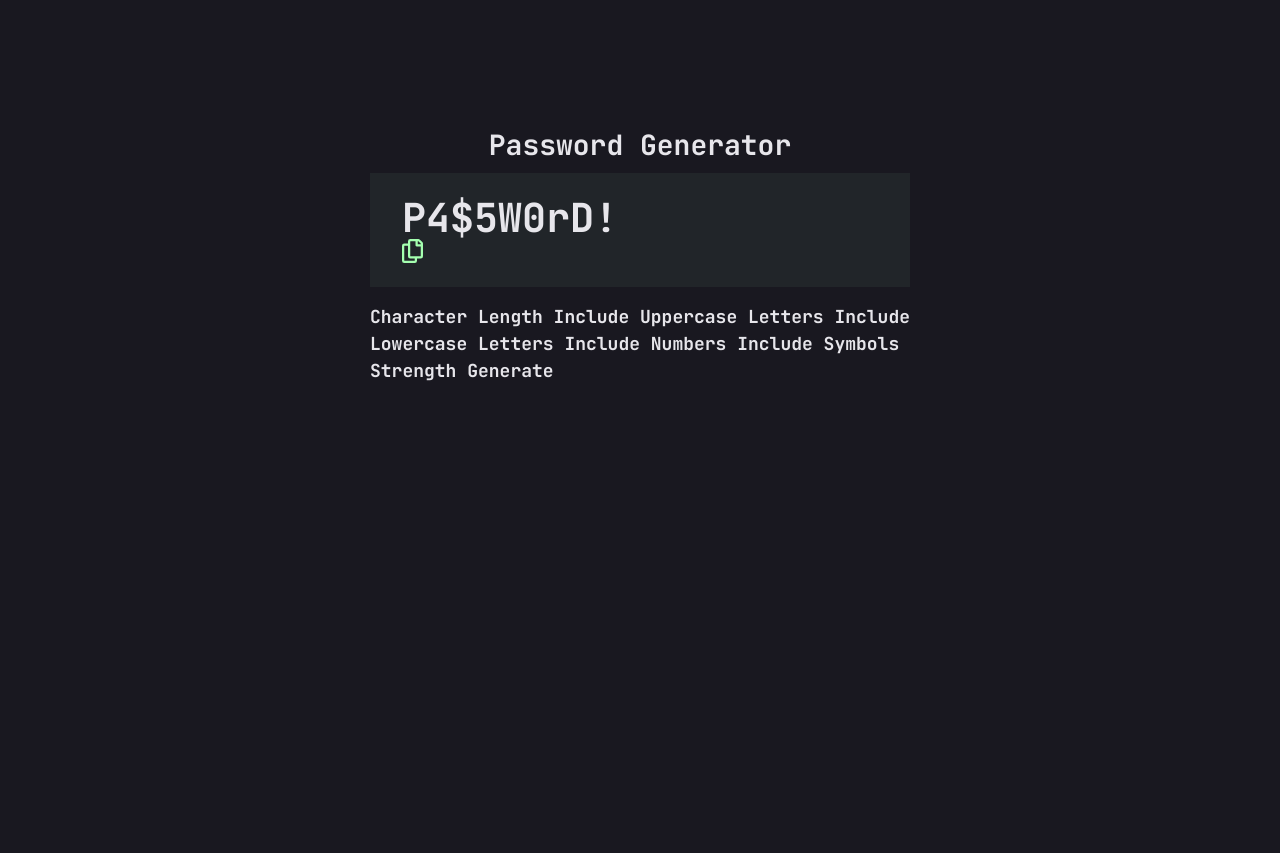
Repository: blordeus/password-generator-app
Page: starter-code/index.html
The author's editor kept a copy of each file at every save. The page is drawn from the files as they stood at one save, then again after the next save.
The browser window is 1280 px wide. The pictures show the whole page.

Above is the page before, as saved 2023-10-05 20:01:51.

### starter-code/index.html
<!DOCTYPE html>
<html lang="en">
<head>
  <meta charset="UTF-8">
  <meta name="viewport" content="width=device-width, initial-scale=1.0">
  <link href="https://cdn.jsdelivr.net/npm/bootstrap@5.3.2/dist/css/bootstrap.min.css" rel="stylesheet" integrity="sha384-T3c6CoIi6uLrA9TneNEoa7RxnatzjcDSCmG1MXxSR1GAsXEV/Dwwykc2MPK8M2HN" crossorigin="anonymous">
  <script src="https://cdn.jsdelivr.net/npm/bootstrap@5.3.2/dist/js/bootstrap.bundle.min.js" integrity="sha384-C6RzsynM9kWDrMNeT87bh95OGNyZPhcTNXj1NW7RuBCsyN/o0jlpcV8Qyq46cDfL" crossorigin="anonymous" defer></script>
  <link rel="icon" type="image/png" sizes="32x32" href="./assets/images/favicon-32x32.png">
  <link rel="stylesheet" href="./assets/style.css">
  <link href="https://fonts.googleapis.com/css2?family=JetBrains+Mono:wght@700&display=swap" rel="stylesheet">
  <title>Frontend Mentor | Password generator app</title>
</head>
<body>
<main class="main">

    <h1 class="fs-3 title text-grey">Password Generator</h1>

    <div class="field bg-dark fs-1 flex">
      <p id="fieldText" class="fieldText text-grey">P4$5W0rD!</p>
      <div class="copy flex">
        <p id="copyMsg" class="fs-3 uppercase text-green">copied</p>
        <img id="copyIcon" src="./assets/images/icon-copy.svg" alt="">
      </div>
    </div>

    <div>
      Character Length
      Include Uppercase Letters
      Include Lowercase Letters
      Include Numbers
      Include Symbols
    </div>
    <div>
      Strength
      Generate
    </div>
</main>

</body>
</html>

### starter-code/assets/style.css
/* ------------------- */
/* Custom properties   */
/* ------------------- */

:root {
    /* colors */
    --clr-darkGrey: 248 10% 15%;
    --clr-grey: 251 9% 53%;
    --clr-almostWhite: 252 11% 91%;
    --clr-veryDarkGrey: 248 15% 11%;
    --clr-neonGreen: 127 100% 82%;
    --clr-red: 0 91% 63%;
    --clr-orange: 13 95% 66%;
    --clr-yellow: 42 91% 68%;

    /* font-sizes */
    --fs-1: 1.5rem;
    --fs-2: 1.125rem;
    --fs-3: 1rem;
  }

  @media (min-width: 35em) {
    :root {
      --fs-1: 2rem;
      --fs-2: 1.5rem;
      --fs-3: 1.125rem;
    }
  }

  /* ------------------- */
  /* Reset               */
  /* ------------------- */

  /* https://piccalil.li/blog/a-modern-css-reset/ */

  /* Box sizing */
  *,
  *::before,
  *::after {
    box-sizing: border-box;
  }

  /* Reset margins */
  body,
  h1,
  h2,
  h3,
  h4,
  h5,
  p,
  figure,
  picture {
    margin: 0;
  }

  h1,
  h2,
  h3,
  h4,
  h5,
  h6,
  p {
    font-weight: 400;
  }

  /* set up the body */
  body {
    font-family: "JetBrains Mono", monospace;
    font-size: var(--fs-3);
    font-weight: 700;
    color: hsl(var(--clr-almostWhite));
    background-color: hsl(var(--clr-veryDarkGrey));
    min-height: 100vh;

    overflow-x: hidden;
  }

  /* make images easier to work with */
img,
picture {
  max-width: 100%;
  display: block;
}

/* make form elements easier to work with */
input,
button,
textarea,
select {
  font: inherit;
}

/* typography */

.uppercase {
    text-transform: uppercase;
  }

  .fs-1 {
    font-size: var(--fs-1);
    line-height: 2rem;
  }

  .fs-2 {
    font-size: var(--fs-2);
    line-height: 1.485rem;
  }

  .fs-3 {
    font-size: var(--fs-3);
    line-height: 1.32rem;
  }

  @media (min-width: 35em) {
    .fs-1 {
      line-height: 2.64rem;
    }

    .fs-2 {
      line-height: 1.98rem;
    }

    .fs-3 {
      line-height: 1.485rem;
    }
  }

  /*     Layout     */
/* -------------- */

.main {
    margin-top: 4rem;
    margin-inline: 1rem;
  }

  @media (min-width: 35em) {
    .main {
      max-width: 33.75rem;
      margin-top: 8.3125rem;
      margin-inline: auto;
    }
  }

  .title {
    text-align: center;
    margin-block: 0;
    margin-bottom: 1rem;
  }

  .field {
    padding: 1rem;
    justify-content: space-between;
    align-items: center;
    margin-bottom: 1rem;
  }

  @media (min-width: 35em) {
    .field {
      padding: 1.5rem 2rem;
    }
  }

  .copy {
    gap: 1rem;
    align-items: center;
  }

  #copyMsg {
    display: none;
  }

  .copyIcon:hover {
    cursor: pointer;
  }

  .copyIcon:hover .copyIconPath {
    fill: white;
  }

  .options {
    padding: 1rem;
  }

  @media (min-width: 35em) {
    .options {
      padding: 1.5rem 2rem;
    }
  }

  .sliderLabel {
    justify-content: space-between;
    align-items: center;
  }

  .slider {
    width: 100%;
    margin-top: 1rem;
    margin-bottom: 2rem;
  }

  input[type="range"] {
    -webkit-appearance: none;
    background: hsl(var(--clr-veryDarkGrey));
    accent-color: white;
    cursor: pointer;
    height: 8px;
    background-image: linear-gradient(
      hsl(var(--clr-neonGreen)),
      hsl(var(--clr-neonGreen))
    );
    background-size: 30% 100%;
    background-repeat: no-repeat;
  }

  input[type="range"]::-webkit-slider-thumb {
    height: 28px;
    width: 28px;
    background: hsl(var(--clr-almostWhite));
    -webkit-appearance: none;
    border-radius: 14px;
  }

  input[type="range"]:hover::-webkit-slider-thumb {
    background: hsl(var(--clr-veryDarkGrey));
    border: 2px solid hsl(var(--clr-neonGreen));
    -webkit-appearance: none;
  }

  .checkboxes {
    flex-direction: column;
    gap: 1rem;
    margin-bottom: 2rem;
  }

  /* Customize the label (the container) */
  .checkboxLabel {
    display: block;
    position: relative;
    padding-left: 2.5rem;
    cursor: pointer;
    -webkit-user-select: none;
    -moz-user-select: none;
    -ms-user-select: none;
    user-select: none;
  }

  /* Hide the browser's default checkbox */
  .checkboxLabel input {
    position: absolute;
    opacity: 0;
    cursor: pointer;
    height: 0;
    width: 0;
  }

  /* Create a custom checkbox */
  .checkmark {
    position: absolute;
    top: 0;
    left: 0;
    height: 20px;
    width: 20px;
    background-color: hsl(var(--clr-darkGrey));
    border: 2px solid hsl(var(--clr-almostWhite));
    display: flex;
    justify-content: center;
    align-items: center;
  }

  /* On mouse-over, add a background color */
  .checkboxLabel:hover input ~ .checkmark {
    border-color: hsl(var(--clr-neonGreen));
  }

  /* When the checkbox is checked, add a background */
  .checkboxLabel input:checked ~ .checkmark {
    background-color: hsl(var(--clr-neonGreen));
    border-color: hsl(var(--clr-neonGreen));
  }

  /* Create the checkmark/indicator (hidden when not checked) */
  .checkmark:after {
    content: "";
    position: absolute;
    display: none;
  }

  /* Show the checkmark when checked */
  .checkboxLabel input:checked ~ .checkmark:after {
    display: block;
  }

  .strength {
    background-color: hsl(var(--clr-veryDarkGrey));
    padding: 1rem;
    justify-content: space-between;
    align-items: center;
    margin-bottom: 1rem;
  }

  .strengthLvl {
    align-items: center;
  }

  .strengthLvl p {
    margin-right: 0.5rem;
  }

  .bars {
    width: 10px;
    height: 28px;
    border: 2px solid hsl(var(--clr-almostWhite));
    margin-left: 0.5rem;
  }

  .button {
    width: 100%;
    padding-top: 1.125rem;
    padding-bottom: 1.125rem;
    border: 2px solid hsl(var(--clr-neonGreen));
  }

  .button:hover {
    background-color: hsl(var(--clr-darkGrey));
    color: hsl(var(--clr-neonGreen));
    cursor: pointer;
  }

  .button svg {
    margin-left: 1rem;
  }

  .button:hover path {
    fill: hsl(var(--clr-neonGreen));
  }

  .alert {
    display: none;
    text-align: center;
    color: hsl(var(--clr-red));
  }

  /*  Level Classes */

  .tooWeak {
    background-color: hsl(var(--clr-red));
    border: 2px solid hsl(var(--clr-red));
  }

  .weak {
    background-color: hsl(var(--clr-orange));
    border: 2px solid hsl(var(--clr-orange));
  }

  .medium {
    background-color: hsl(var(--clr-yellow));
    border: 2px solid hsl(var(--clr-yellow));
  }

  .strong {
    background-color: hsl(var(--clr-neonGreen));
    border: 2px solid hsl(var(--clr-neonGreen));
  }

After the next save:
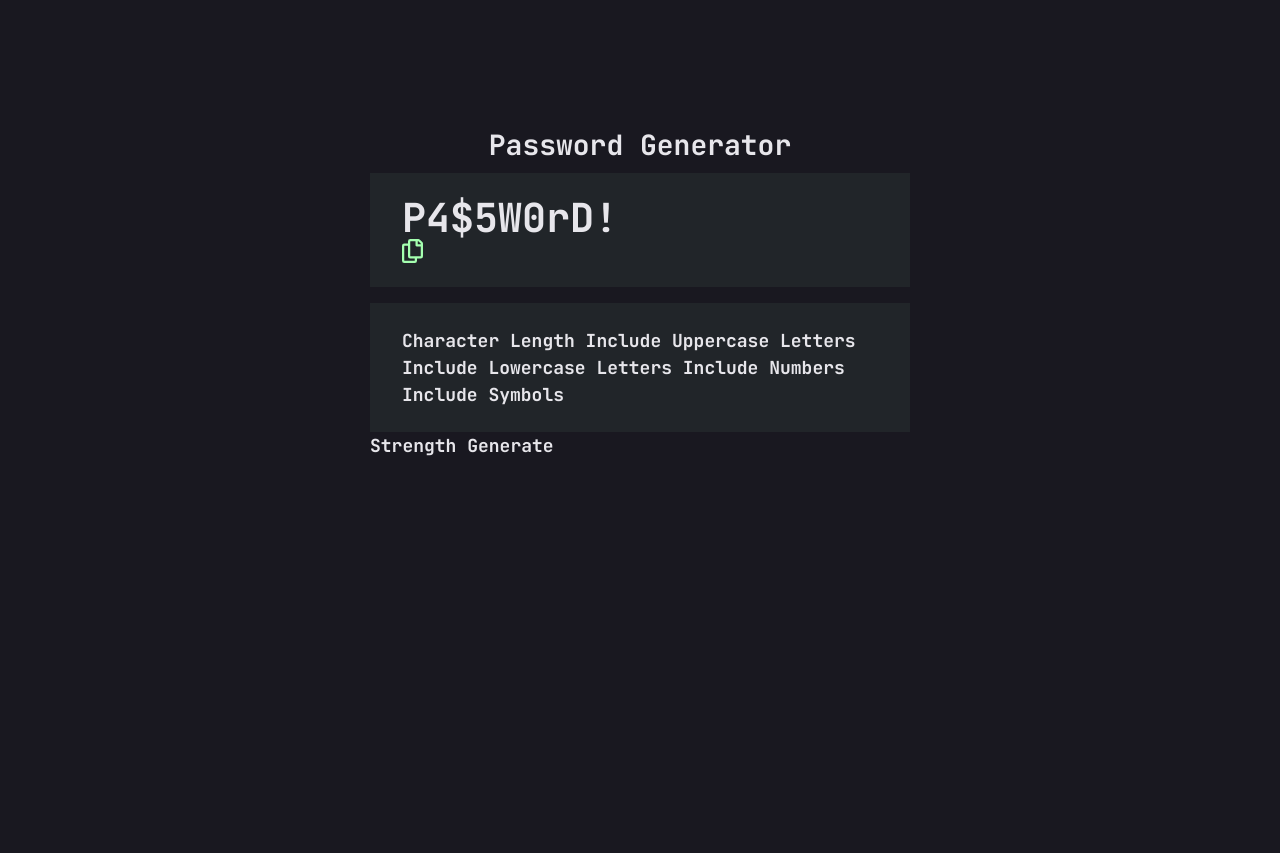
Saved 43 s later.
--- a/starter-code/index.html
+++ b/starter-code/index.html
@@ -23,7 +23,7 @@
       </div>
     </div>
 
-    <div>
+    <div class="options bg-dark">
       Character Length
       Include Uppercase Letters
       Include Lowercase Letters
